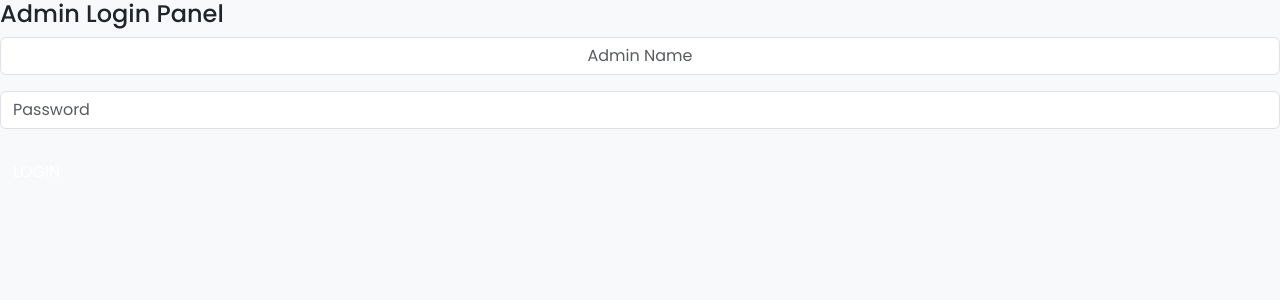
Repository: TaTongThanh2003/DoAnCoSo2024_BookingHotelWebsite
Page: http://localhost/Admin/Index.php
The author's editor kept a copy of each file at every save. The page is drawn from the files as they stood at one save, then again after the next save.
The browser window is 1280 px wide. The pictures show the whole page.
Some web fonts or font styles are not loaded; a fallback is used. The page is run by PHP 8.4 with error messages shown; the project is at /var/www/html/.

Above is the page before, as saved 2024-03-28 22:36:25.

After the next save:
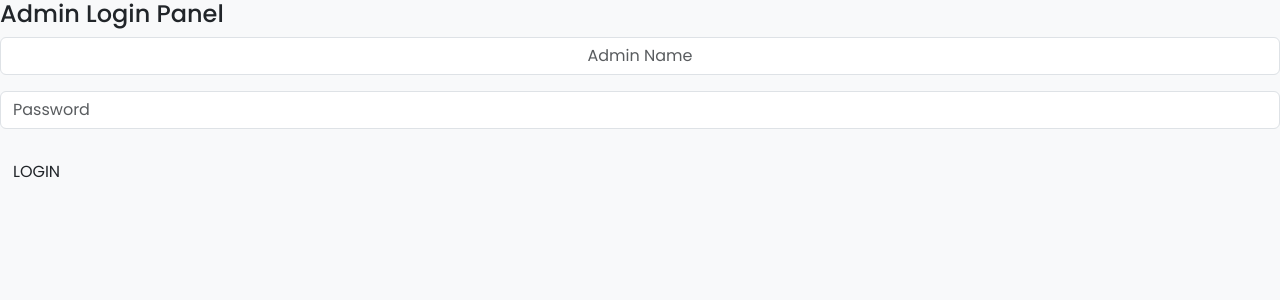
Saved 12 s later.
--- a/Admin/Index.php
+++ b/Admin/Index.php
@@ -25,7 +25,7 @@
                 <div class="mb-4">
                     <input type="password" class="form-control shadow-none" placeholder="Password">
                 </div>
-                <button type="submit" class="btn text-white">LOGIN</button>
+                <button type="submit" class="btn text-blue">LOGIN</button>
             </div>
         </form>
     </div>

After the save that followed:
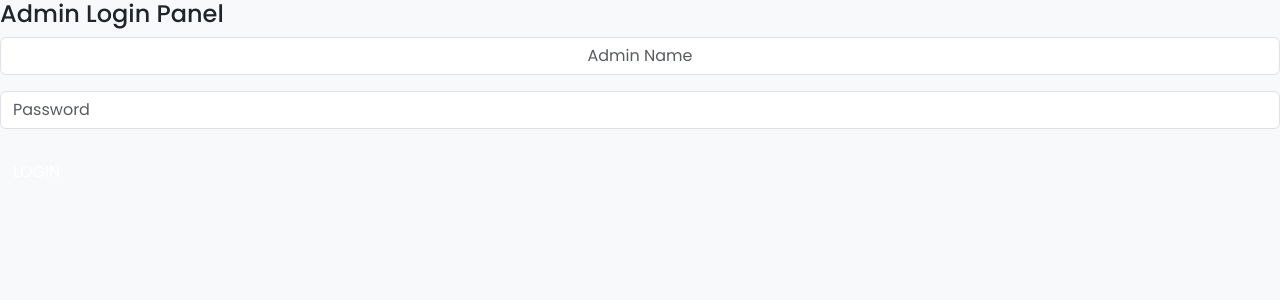
Saved 28 s later.
--- a/Admin/Index.php
+++ b/Admin/Index.php
@@ -25,7 +25,7 @@
                 <div class="mb-4">
                     <input type="password" class="form-control shadow-none" placeholder="Password">
                 </div>
-                <button type="submit" class="btn text-blue">LOGIN</button>
+                <button type="submit" class="btn text-white custom-bg">LOGIN</button>
             </div>
         </form>
     </div>
